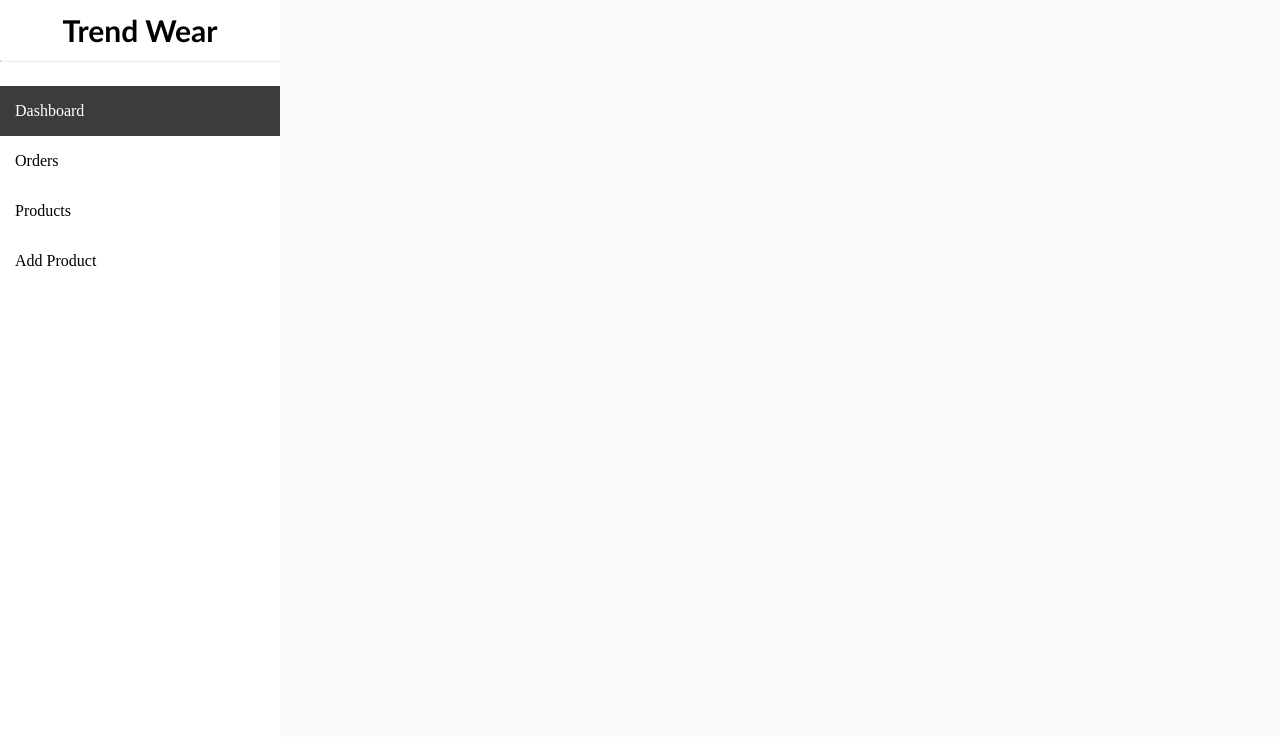
Repository: ahmad-dev7/TrendWear
Page: / (app in trend_wear_dashboard/)
These files come from the project's save history. The page is drawn as it stood at one moment and after the next save; the edit follows.
The browser window is 1280 px wide. The pictures show the whole page.
The pointer rests on the first visible `#sidebar-content .tab`.
The project was rebuilt for these pictures with package versions that can differ from the ones it lists, and the page was loaded fresh each time. Also part of the build but not shown: trend_wear_dashboard/vite.config.ts.

Above is the page before, as saved 2025-01-19 15:51:09.

### trend_wear_dashboard/index.html
<!doctype html>
<html lang="en">

<head>
  <meta charset="UTF-8" />
  <link rel="icon" type="image/svg+xml" href="/vite.svg" />
  <meta name="viewport" content="width=device-width, initial-scale=1.0" />
  <title>Trend Wear</title>
</head>

<body>
  <div id="root"></div>
  <script type="module" src="/src/main.tsx"></script>
</body>

</html>

### trend_wear_dashboard/src/main.tsx
import { StrictMode } from "react";
import { createRoot } from "react-dom/client";
//import "bootstrap/dist/css/bootstrap.css";
import "./App.css";
import App from "./App.tsx";

createRoot(document.getElementById("root")!).render(
  <StrictMode>
    <App />
  </StrictMode>
);

### trend_wear_dashboard/src/App.css
body {
    background-color: #F9FAFB;
    padding: 0px;
    margin: 0px;

}

### trend_wear_dashboard/src/App.tsx
import Sidebar from "./Sidebar/Sidebar";
import "./Sidebar/Sidebar.css";

function App() {
  return (
    <>
      <Sidebar />
    </>
  );
}

export default App;

### trend_wear_dashboard/src/Sidebar/Sidebar.tsx
const Sidebar = () => {
  return (
    <div id="sidebar">
      <div className="header">Trend Wear</div>
      <hr />
      <ul id="sidebar-content">
        <li onClick={() => console.log("Clicked")} className="tab active">
          Dashboard
        </li>
        <li className="tab">Orders</li>
        <li className="tab">Products</li>
        <li className="tab">Add Product</li>
      </ul>
    </div>
  );
};

export default Sidebar;

### trend_wear_dashboard/src/Sidebar/sidebar.css
/* Sidebar body */
#sidebar {
    background-color: white;
    width: 280px;
    height: 99vh;
    padding: 12px 0px 12px 0px;
    border-right-width: 2px;
    border-color: red;
}

/* Header with title [Trend Wear] */
#sidebar .header {
    height: 40px;
    font-size: 30px;
    text-align: center;
    font-weight: bold;
    font-family: 'Gill Sans', 'Gill Sans MT', Calibri, 'Trebuchet MS', sans-serif;
}

/* Divider between header and navbar */
#sidebar hr {
    border-top: 1px solid #F9FAFB;
}

#sidebar-content {
    list-style-type: none;
    margin-top: 24px;
    padding: 0px;
}



#sidebar-content .tab {
    height: 50px;
    color: black;
    display: flex;
    align-items: center;
    justify-content: flex-start;
    padding-left: 15px;
}

#sidebar-content .active {
    background-color: #3c3c3c;
    color: white;
}

#sidebar-content .tab:hover {
    background-color: #3c3c3c;
}

After the next save:
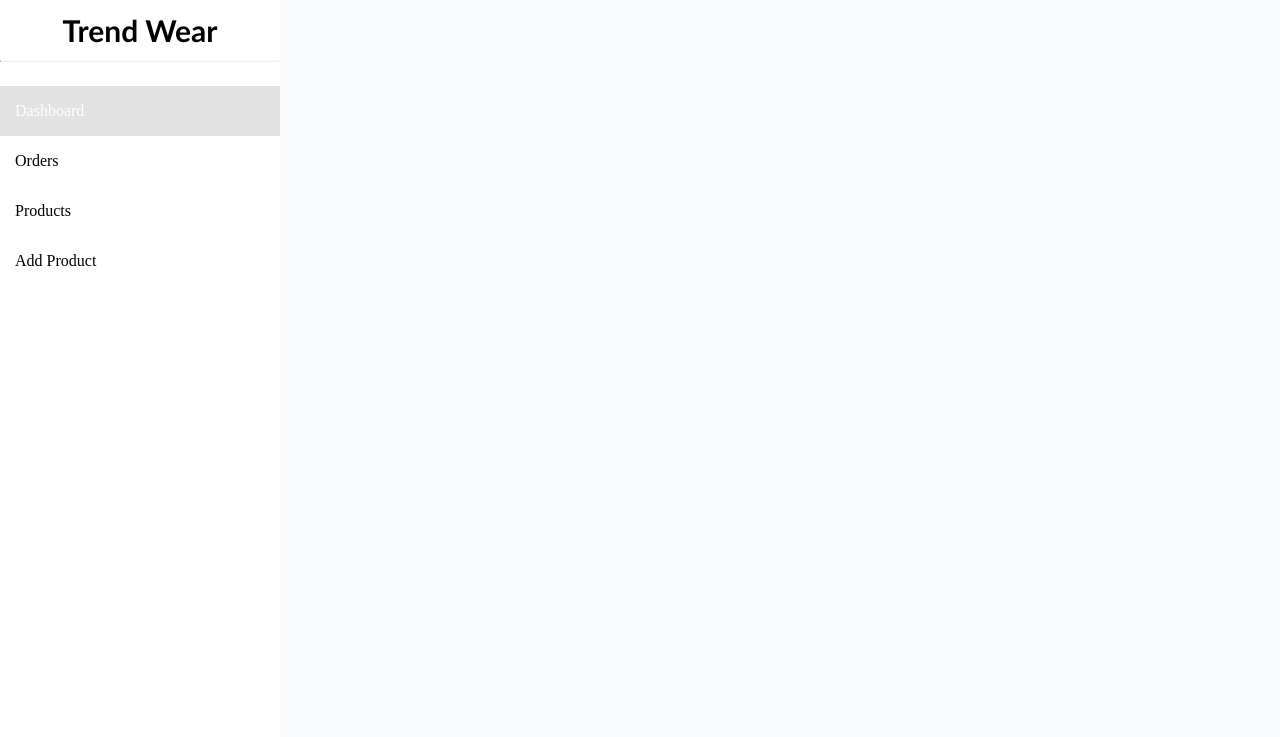
Saved 24 s later.
--- a/trend_wear_dashboard/src/Sidebar/sidebar.css
+++ b/trend_wear_dashboard/src/Sidebar/sidebar.css
@@ -45,5 +45,5 @@
 }
 
 #sidebar-content .tab:hover {
-    background-color: #3c3c3c;
+    background-color: #e2e2e2;
 }
